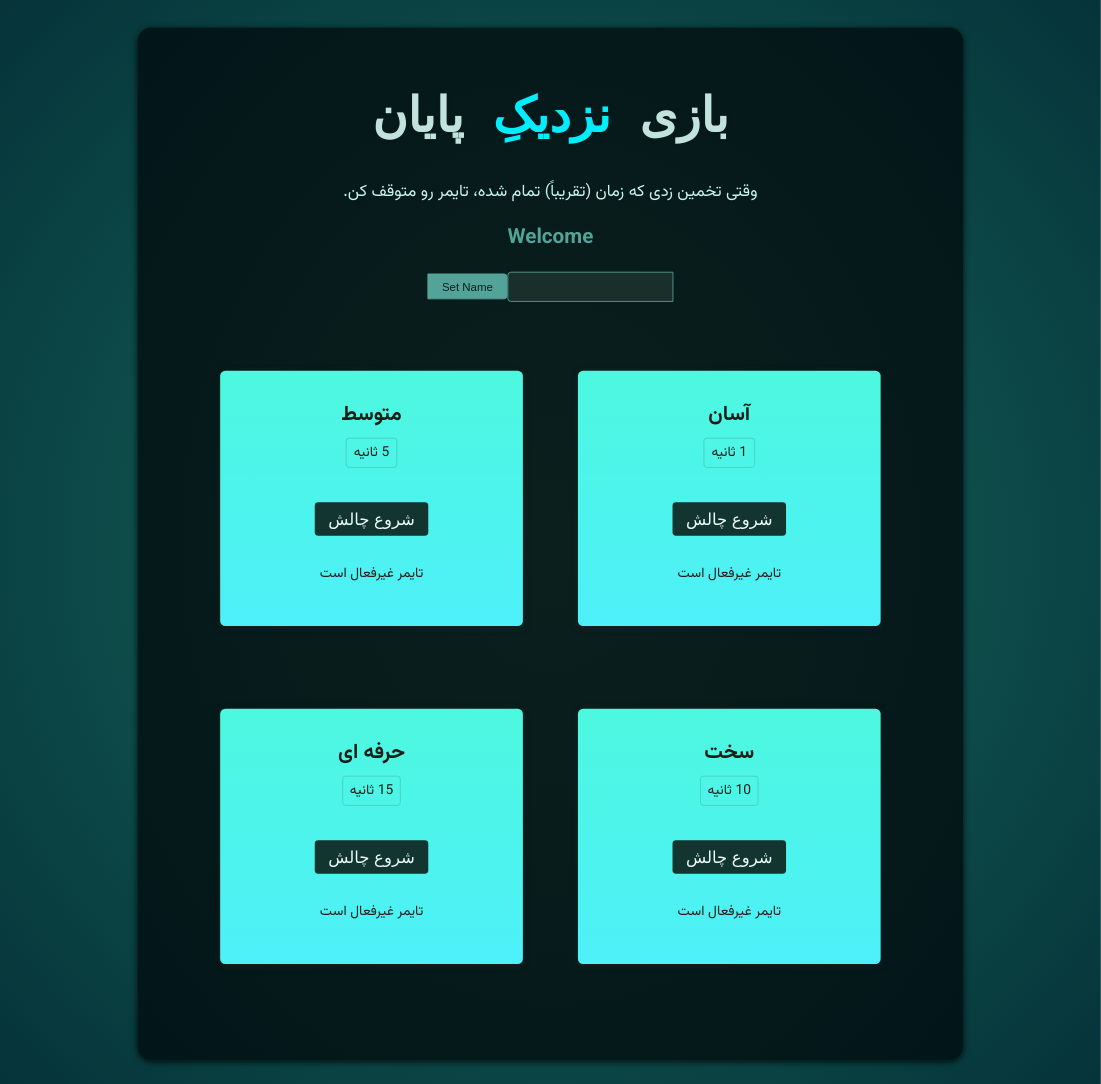
Repository: H-ala/react-near-end
Page: /
An editor plug-in stored every save of this project. The page is shown before and after the next save, followed by the edit.
The browser window is 1280 px wide. The pictures show the whole page, at 86% of full size.
The project was rebuilt for these pictures with package versions that can differ from the ones it lists, and the page was loaded fresh each time. Also part of the build but not shown: vite.config.js.

Above is the page before, as saved 2025-10-21 19:18:47.

### index.html
<!DOCTYPE html>
<html lang="en">

<head>
  <meta charset="UTF-8" />
  <link rel="icon" type="image/svg+xml" href="/vite.svg" />
  <meta name="viewport" content="width=device-width, initial-scale=1.0" />
  <title>Refs & Portals</title>
</head>

<body>
  <div id="modal"></div>
  <div id="content">
    <header>
      <h1>بازی <em>نزدیکِ</em> پایان</h1>
      <p>وقتی تخمین زدی که زمان (تقریباً) تمام شده، تایمر رو متوقف کن.</p>
    </header>
    <div id="root"></div>
  </div>
  <script type="module" src="/src/main.jsx"></script>
</body>

</html>

### src/App.jsx
import Player from "./components/Player.jsx";
import TimerChallenge from "./components/TimerChallenge.jsx";

function App() {
  return (
    <>
      <Player />
      <div id="challenges">
        <TimerChallenge title="آسان" targetTime={1} />
        <TimerChallenge title="متوسط" targetTime={5} />
        <TimerChallenge title="سخت" targetTime={10} />
        <TimerChallenge title="حرفه ای" targetTime={15} />
      </div>
    </>
  );
}

export default App;

### src/index.css
@import url("https://fonts.googleapis.com/css2?family=Vazirmatn:wght@400;700&display=swap");

* {
  box-sizing: border-box;
}

body {
  margin: 0;
  font-family: "Vazirmatn", sans-serif;
  -webkit-font-smoothing: antialiased;
  -moz-osx-font-smoothing: grayscale;
  background: radial-gradient(#186a5e, #053339);
  color: #e1eeeb;
  direction: rtl;
  min-height: 100vh;
}

#content {
  max-width: 60rem;
  margin: 2rem auto;
  padding: 2rem;
  background: radial-gradient(#0b201d, #021619);
  border-radius: 16px;
  box-shadow: 0 2px 8px rgba(0, 0, 0, 0.8);
}

h1 {
  font-family: "Handjet", monospace;
  text-align: center;
  text-transform: uppercase;
  color: #c1e2dd;
  text-shadow: 0 0 4px rgba(35, 34, 34, 0.4);
  font-size: 3.5rem;
  margin-bottom: 0.5 rem;
}

h1 em {
  font-style: normal;
  color: #00eeff;
}

header p {
  font-size: 1.2rem;
  margin: 0;
  text-align: center;
  color: #c6f4f2;
}

#player {
  text-align: center;
}

#player h2 {
  color: #54a399;
}

#player p {
  display: flex;
  justify-content: center;
  align-items: center;
}

#player input {
  font: inherit;
  border: 1px solid #54a399;
  background-color: #192f2b;
  border-radius: 4px;
  border-top-right-radius: 0;
  border-bottom-right-radius: 0;
  padding: 0.25rem;
  color: #d1f0ec;
}

#player button {
  cursor: pointer;
  background-color: #54a399;
  border: 1px solid #54a399;
  padding: 0.4rem 1rem;
  color: #061e1a;
  border-top-right-radius: 4px;
  border-bottom-right-radius: 4px;
}

#player button:hover {
  background-color: #3c8379;
  border-color: #3c8379;
}

#challenges {
  max-width: 50rem;
  margin: 3rem auto;
  display: flex;
  flex-wrap: wrap;
  gap: 2rem;
}

.challenge {
  width: 22rem;
  display: flex;
  flex-direction: column;
  align-items: center;
  justify-content: center;
  padding: 2rem;
  margin: 2rem auto;
  background: linear-gradient(#4df8df, #4df0f8);
  color: #221c18;
  box-shadow: 0 2px 8px rgba(35, 34, 34, 0.6);
  border-radius: 6px;
}

.challenge button {
  margin-top: 1rem;
  padding: 0.5rem 1rem;
  border: none;
  border-radius: 4px;
  background: #12352f;
  color: #edfcfa;
  font-size: 1.2rem;
  cursor: pointer;
}

.challenge button:hover {
  background: #051715;
}

.challenge h2 {
  font-size: 1.5rem;
  margin: 0;
  text-align: center;
  color: #221c18;
}

.challenge-time {
  border: 1px solid #46cebe;
  border-radius: 4px;
  padding: 0.25rem 0.5rem;
  margin: 0.5rem;
}

.challenge .active {
  animation: flash 1s infinite;
}

.result-modal {
  border: none;
  border-radius: 8px;
  padding: 2rem;
  background-color: #d7fcf8;
}

.result-modal[open] {
  animation: slide-in-from-top 0.35s ease-out;
}

.result-modal::backdrop {
  background: rgba(0, 0, 0, 0.9);
}

.result-modal h2 {
  font-family: "Handjet", monospace;
  margin: 0 0 0.25rem 0;
  font-size: 3rem;
  text-transform: uppercase;
}

.result-modal progress {
  width: 100%;
  height: 1.5rem;
  margin: 0;
  accent-color: #46cebe;
}

.result-modal p {
  margin: 0.5rem 0;
  font-size: 1.2rem;
}

.result-modal p strong {
  color: #10655b;
}

.result-modal form {
  text-align: right;
}

.result-modal button {
  margin-top: 1rem;
  padding: 0.5rem 1rem;
  border: none;
  border-radius: 4px;
  background: #12352f;
  color: #edfcfa;
  font-size: 1.2rem;
  cursor: pointer;
}

.result-modal button:hover {
  background: #051715;
}

@keyframes slide-in-from-top {
  0% {
    transform: translateY(-15%);
    opacity: 0;
  }
  100% {
    transform: translateY(0);
    opacity: 1;
  }
}

@keyframes flash {
  0% {
    opacity: 0.5;
  }
  50% {
    opacity: 1;
  }
  100% {
    opacity: 0.5;
  }
}

### src/components/Player.jsx
import { useState, useRef } from "react";

export default function Player() {
  const playerName = useRef();
  const [enteredPlayerName, setEnteredPlayerName] = useState("");

  function handleClick() {
    setEnteredPlayerName(playerName.current.value);
    playerName.current.value = "";
  }

  return (
    <section id="player">
      <h2>Welcome {enteredPlayerName ?? "unknown entity"}</h2>
      <p>
        <input
          ref={playerName}
          type="text"
        />
        <button onClick={handleClick}>Set Name</button>
      </p>
    </section>
  );
}

### src/components/TimerChallenge.jsx
import { useState, useRef } from "react";
import ResultModal from "./ResultModal";

export default function TimerChallenge({ title, targetTime }) {
  const timer = useRef();
  const dialog = useRef();

  const [timeRemaining, setTimeRemaining] = useState(targetTime * 1000);
  const timerIsActive = timeRemaining > 0 && timeRemaining < targetTime * 1000;

  if (timeRemaining <= 0) {
    clearInterval(timer.current);
    dialog.current.open();
  }

  function handleStart() {
    timer.current = setInterval(() => {
      setTimeRemaining((prevTimeRemaining) => prevTimeRemaining - 10);
    }, 10);
  }

  function handleReset() {
    setTimeRemaining(targetTime * 1000);
  }

  function handleStop() {
    clearInterval(timer.current);
    dialog.current.open();
  }

  return (
    <>
      <ResultModal
        ref={dialog}
        targetTime={targetTime}
        remainingTime={timeRemaining}
        onReset={handleReset}
      />
      <section className="challenge">
        <h2>{title}</h2>
        <p className="challenge-time">
          {targetTime} ثانیه
        </p>
        <p>
          <button onClick={timerIsActive ? handleStop : handleStart}>
            {timerIsActive ? "توقف" : "شروع"} چالش
          </button>
        </p>
        <p className={timerIsActive ? "active" : undefined}>
          {timerIsActive ? "زمان داره میگذره..." : "تایمر غیرفعال است"}
        </p>
      </section>
    </>
  );
}

### src/components/ResultModal.jsx
import { useImperativeHandle, useRef } from "react";
import { createPortal } from "react-dom";

export default function ResultModal({ ref, targetTime, remainingTime, onReset }) {
  const dialog = useRef();

  const userLost = remainingTime <= 0;
  const formattedRemainingTime = (remainingTime / 1000).toFixed(2);
  const score = Math.round((1 - (remainingTime / (targetTime * 1000))) * 100);

  useImperativeHandle(ref, () => {
    return {
      open() {
        dialog.current.showModal();
      },
    };
  });

  return createPortal(
    <dialog ref={dialog} className="result-modal" onClose={onReset}>
      {userLost && <h2>You Lost!</h2>}
      {!userLost && <h2>Your Score: {score}</h2>}
      <p>
        The targer time was <strong>{targetTime} seconds. </strong>
      </p>
      <p>
        You stopped the time with{" "}
        <strong>{formattedRemainingTime} seconds left.</strong>
      </p>
      <form action="dialog" onSubmit={onReset}>
        <button>Close</button>
      </form>
    </dialog>,
    document.getElementById("modal")
  );
}

Loaded but not shown: src/main.jsx (common file)

After the next save:
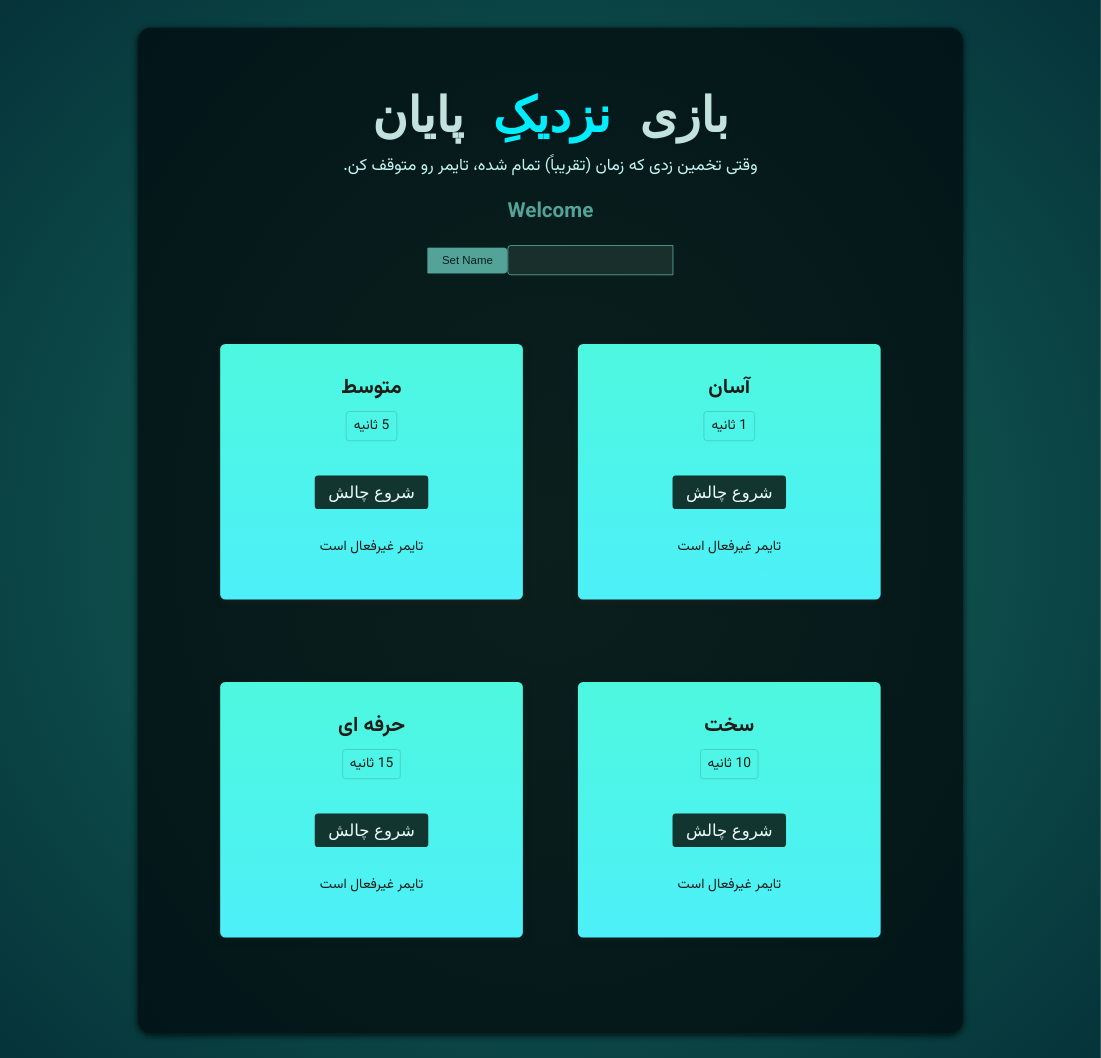
Saved 9 s later.
--- a/src/index.css
+++ b/src/index.css
@@ -31,7 +31,7 @@ h1 {
   color: #c1e2dd;
   text-shadow: 0 0 4px rgba(35, 34, 34, 0.4);
   font-size: 3.5rem;
-  margin-bottom: 0.5 rem;
+  margin-bottom: 7px;
 }
 
 h1 em {
